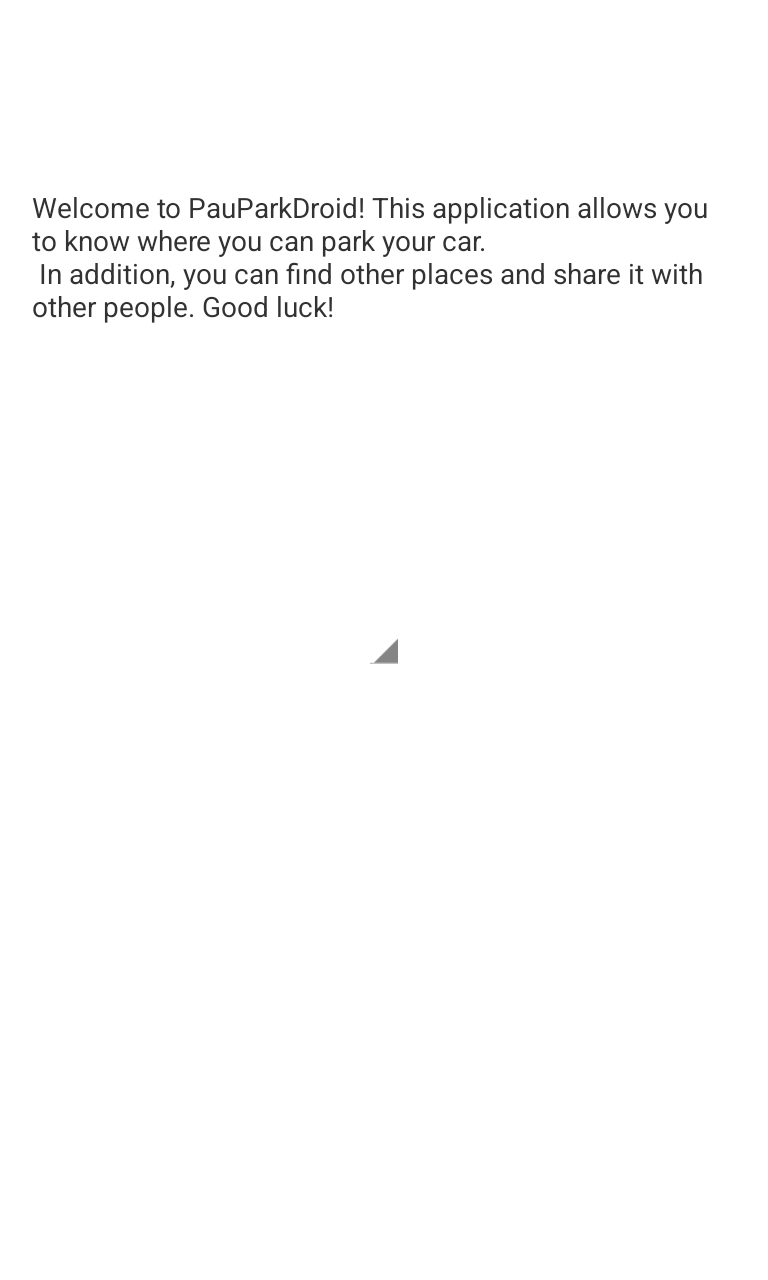
Repository: arrotacon/PauParkAndroid
Layout: PauPark_Workspace/PauParkDroid/res/layout/activity_home.xml
An editor plug-in stored every save of this project. The layout is shown before and after the next save, followed by the edit.
It is drawn on a 768 x 1280 px phone screen (xhdpi) without system bars, with theme AppTheme; the app's code is not run.

Above is the layout before, as saved 2014-12-01 12:13:42.

After the next save:
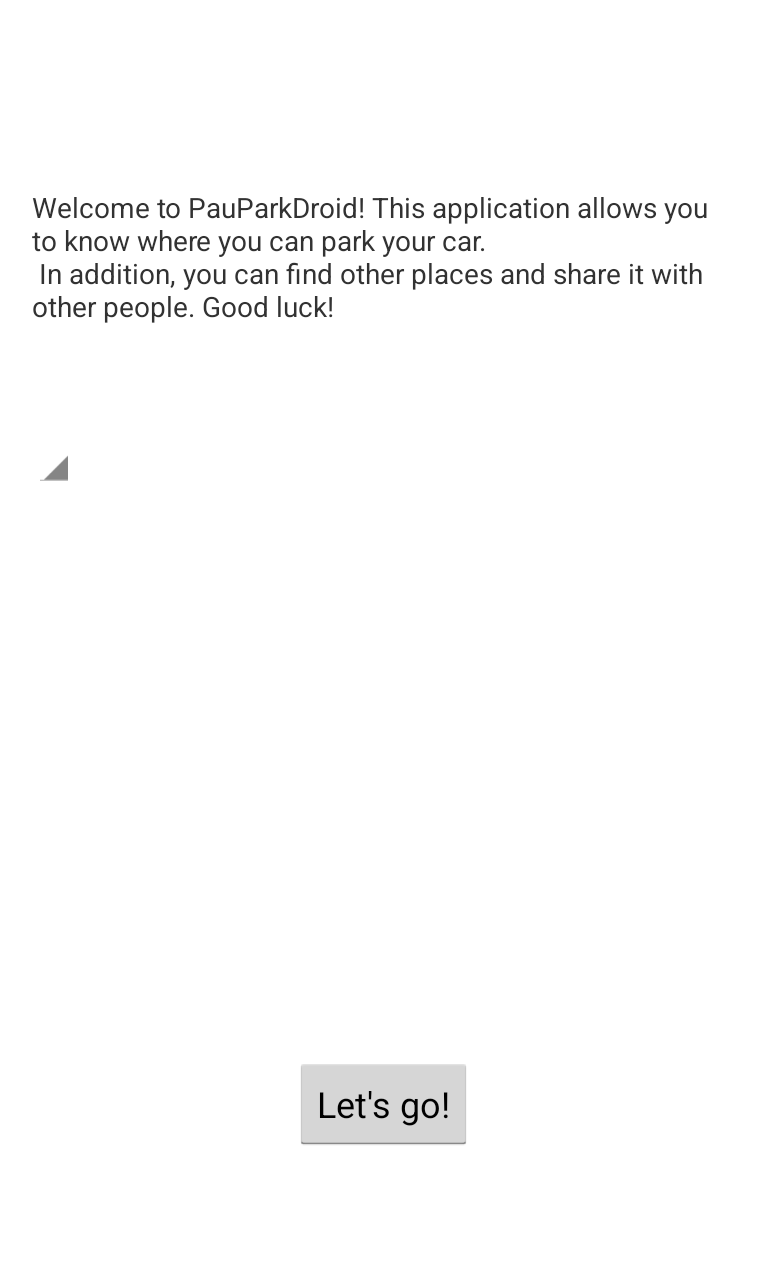
Saved 44 s later.
--- a/PauPark_Workspace/PauParkDroid/res/layout/activity_home.xml
+++ b/PauPark_Workspace/PauParkDroid/res/layout/activity_home.xml
@@ -8,13 +8,6 @@
     android:paddingTop="@dimen/activity_vertical_margin"
     tools:context="fr.univpau.pauparkdroid.Home" >
 
-    <Spinner
-        android:id="@+id/spinner1"
-        android:layout_width="wrap_content"
-        android:layout_height="wrap_content"
-        android:layout_centerHorizontal="true"
-        android:layout_centerVertical="true" />
-
     <TextView
         android:id="@+id/textView1"
         android:layout_width="wrap_content"
@@ -24,4 +17,21 @@
         android:layout_marginTop="78dp"
         android:text="@string/welcome" />
 
+    <Spinner
+        android:id="@+id/spinner1"
+        android:layout_width="wrap_content"
+        android:layout_height="wrap_content"
+        android:layout_alignLeft="@+id/textView1"
+        android:layout_below="@+id/textView1"
+        android:layout_marginTop="50dp" />
+
+    <Button
+        android:id="@+id/button1"
+        android:layout_width="wrap_content"
+        android:layout_height="wrap_content"
+        android:layout_alignParentBottom="true"
+        android:layout_centerHorizontal="true"
+        android:layout_marginBottom="48dp"
+        android:text="@string/home_button" />
+
 </RelativeLayout>
